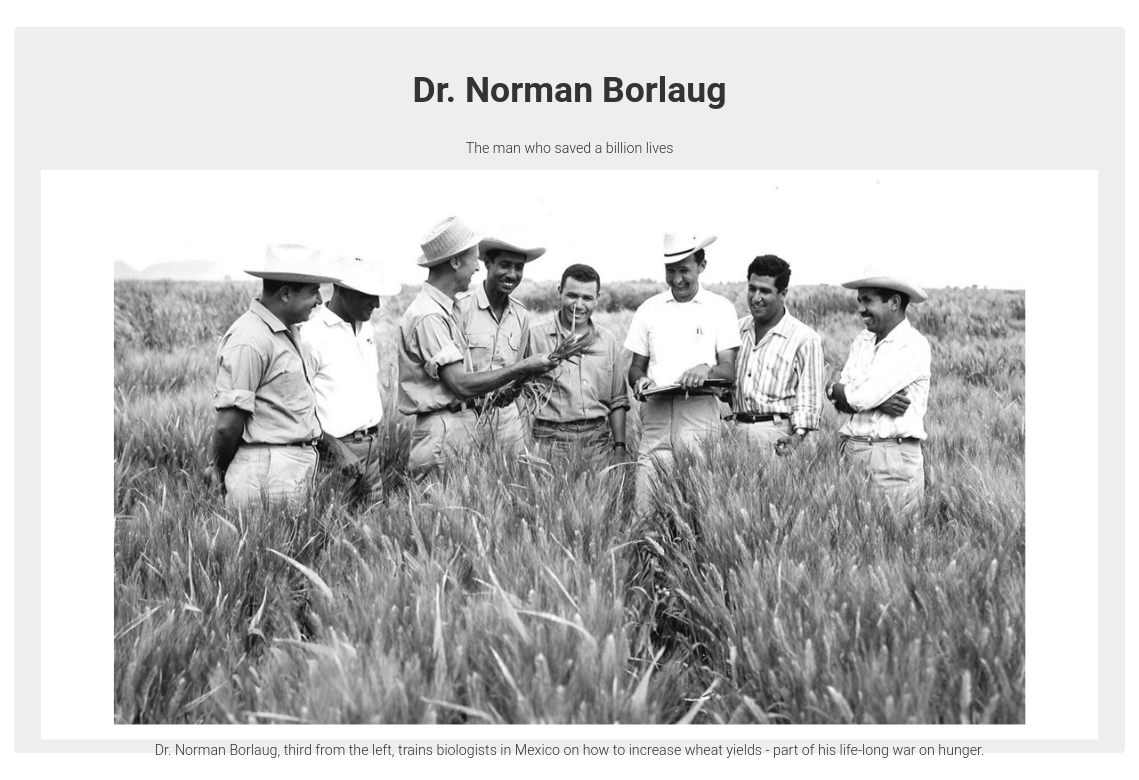
Repository: HTDuy01/github-demo
Page: freecodecamp/index.html
These files come from the project's save history. The page is drawn as it stood at one moment and after the next save; the edit follows.
The browser window is 1280 px wide. The pictures show the whole page, at 89% of full size.

Above is the page before, as saved 2021-11-17 20:19:30.

After the next save:
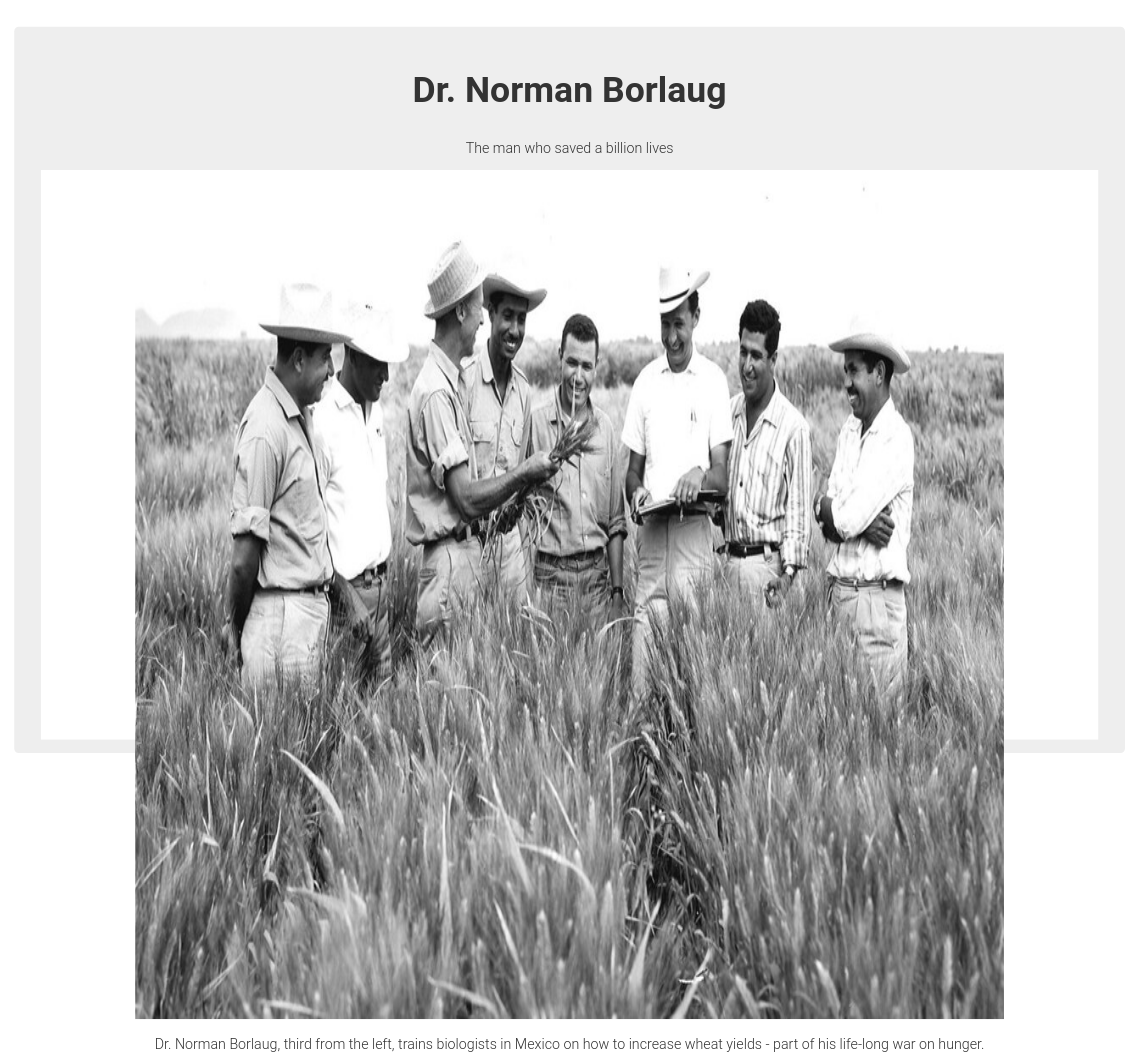
Saved 62 s later.
--- a/freecodecamp/assets/css/style.css
+++ b/freecodecamp/assets/css/style.css
@@ -32,6 +32,11 @@
     text-align: center;
 }
 
+.img {
+    width: 976px;
+    height: 954px;
+}
+
 .content-img {
     font-size: 1.6rem;
     color: var(--color-header);
